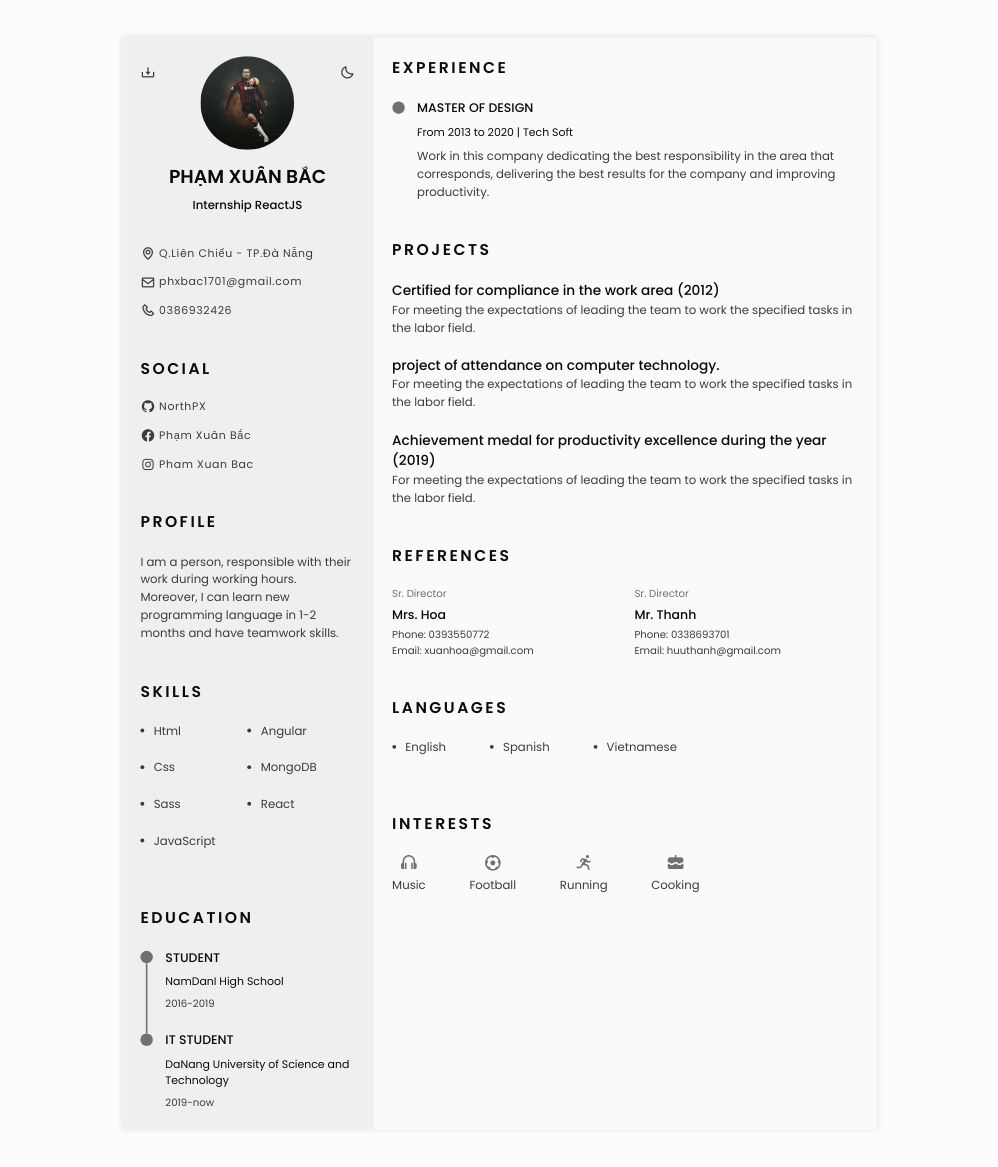
Repository: northpx/myCV
Page: index.html
The author's editor kept a copy of each file at every save. The page is drawn from the files as they stood at one save, then again after the next save.
The browser window is 1280 px wide. The pictures show the whole page, at 78% of full size.

Above is the page before, as saved 2023-02-23 16:59:42.

After the next save:
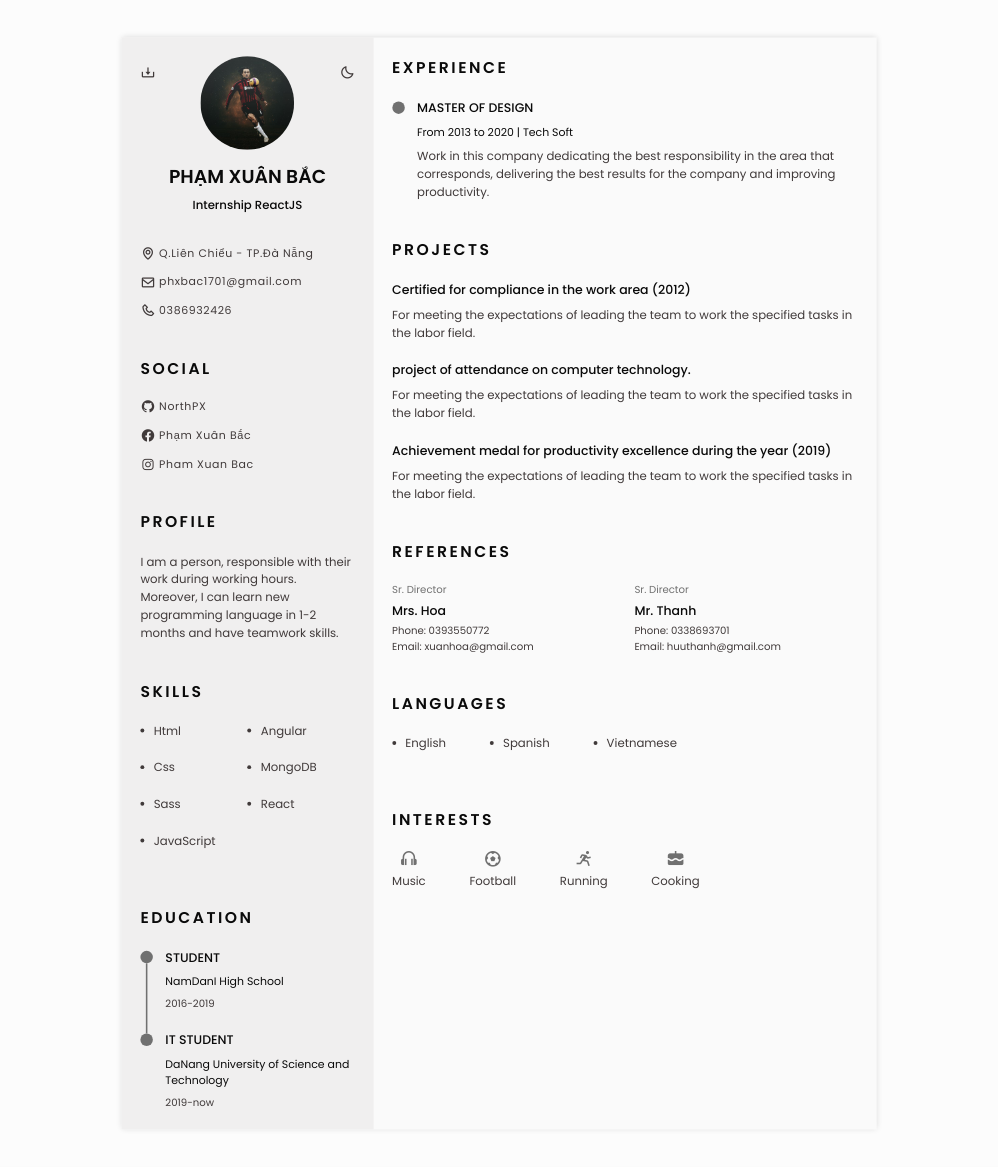
Saved 16 s later.
--- a/src/css/styles.css
+++ b/src/css/styles.css
@@ -128,7 +128,7 @@ body.scale-cv{
 
 .scale-cv .education__container,
 .scale-cv .experience__container,
-.scale-cv .certificate__container{
+.scale-cv .project__container{
     gap: 1rem;
 }
 
@@ -454,7 +454,7 @@ img{
     margin-right: .75rem;
 }
 
-.certificate__title{
+.project__title{
     font-size: var(--h3-font-size);
     margin-bottom: var(--mb-1);
 }
